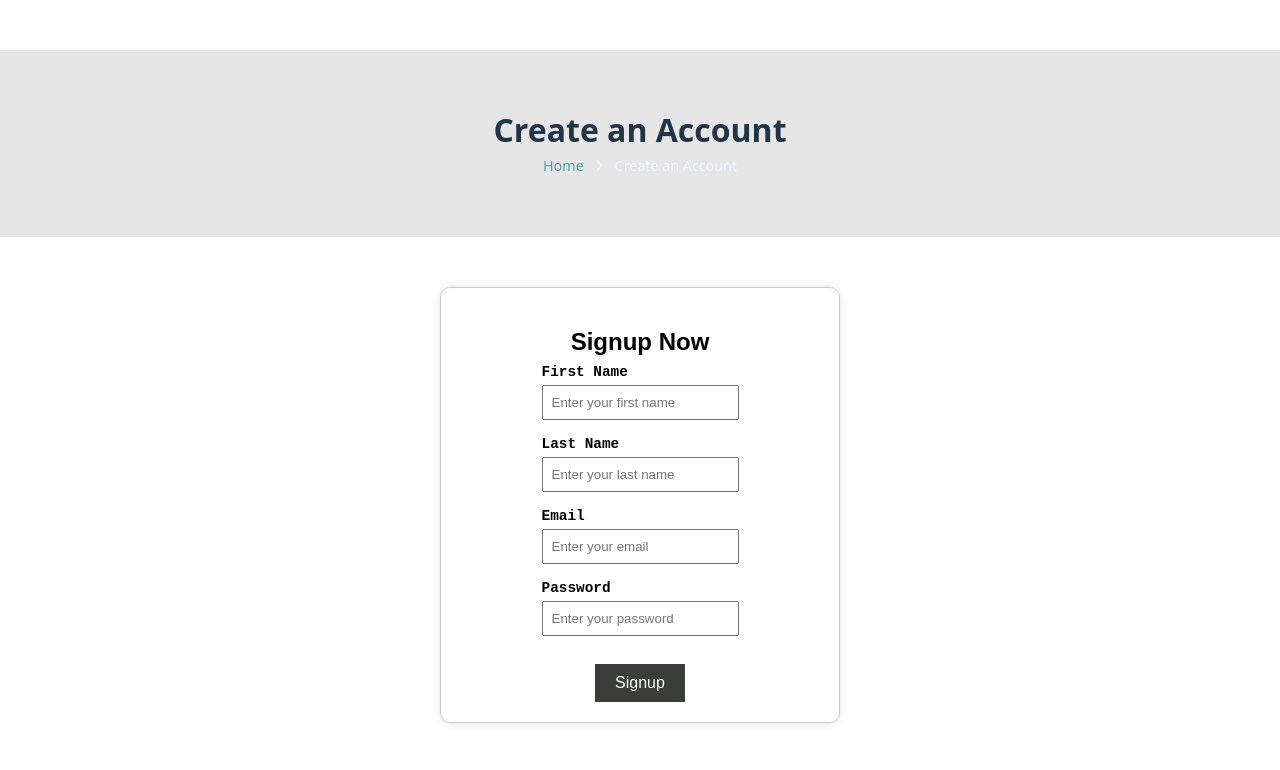
Repository: jkvekariya/Online-store-Management
Page: /auth/signup (app in frontend/client/)
The author's editor kept a copy of each file at every save. The page is drawn from the files as they stood at one save, then again after the next save.
The browser window is 1280 px wide. The pictures show the whole page.
The project was rebuilt for these pictures with package versions that can differ from the ones it lists, and the page was loaded fresh each time. Also part of the build but not shown: frontend/client/vite.config.js, frontend/client/src/css/header.css, frontend/client/src/css/sidebar.css, frontend/client/src/components/Sidebar.jsx, frontend/client/src/context/CartContext.jsx, frontend/client/src/components/Header.jsx, frontend/client/src/css/footer.css, frontend/client/src/components/Footer.jsx and 11 more.

Above is the page before, as saved 2026-01-02 13:43:26.

### frontend/client/index.html
<!doctype html>
<html lang="en">
  <head>
    <meta charset="UTF-8" />
    <link rel="icon" type="image/svg+xml" href="/vite.svg" />
    <meta name="viewport" content="width=device-width, initial-scale=1.0" />
    <title>Online Store Management System</title>
  </head>
  <body>
    <div id="root"></div>
    <script type="module" src="/src/main.jsx"></script>
  </body>
</html>

### frontend/client/src/main.jsx
import React from 'react'
import ReactDOM from 'react-dom/client'
import { BrowserRouter } from 'react-router-dom'
import App from './App.jsx'
import './index.css'

ReactDOM.createRoot(document.getElementById('root')).render(
  <React.StrictMode>
    <BrowserRouter>
      <App />
    </BrowserRouter>
  </React.StrictMode>,
)

### frontend/client/src/App.jsx
import { Routes, Route } from "react-router-dom";

import AuthLayout from "./layout/AuthLayout";
import UserLayout from "./layout/UserLayout";
import AdminLayout from "./layout/AdminLayout";

import Login from "./pages/auth/Login";
import Signup from "./pages/auth/Signup";
import Home from "./pages/user/Home";
import Dashboard from "./pages/admin/Dashboard";
import Contact from "./pages/user/Contact";
import About from "./pages/user/About";
import Services from "./pages/user/Services";
import Shop from "./pages/user/Shop";

function App() {
  return (
    <Routes>

      {/* AUTH ROUTES */}
      <Route path="/auth" element={<AuthLayout />}>
        <Route path="login" element={<Login />} />
        <Route path="signup" element={<Signup />} />
      </Route>

      {/* USER ROUTES */}
      <Route path="/" element={<UserLayout />}>
        <Route index element={<Home />} />
        <Route path="pages/user/contact" element={<Contact />} />
        <Route path="pages/user/about" element={<About />} />
        <Route path="pages/user/services" element={<Services />} />
        <Route path="pages/user/shop" element={<Shop />} />
      </Route>

      {/* ADMIN ROUTES */}
      <Route path="/admin" element={<AdminLayout />}>
        <Route path="dashboard" element={<Dashboard />} />
      </Route>

    </Routes>
  );
}

export default App;

### frontend/client/src/index.css
* {
  margin: 0;
  padding: 0;
  box-sizing: border-box;
}

#root {
  min-height: 100vh;
}

### frontend/client/src/layout/AuthLayout.jsx
import { Outlet } from "react-router-dom";

const AuthLayout = () => {
  return (
    <div>
      {/* <h2>Auth Section</h2> */}
      <Outlet />
    </div>
  );
};

export default AuthLayout;

### frontend/client/src/pages/auth/Signup.jsx
import React, { useState } from 'react'
import "../../css/signup.css"
import Bodyheader from '../../components/BodyHeader';

const Signup = () => {

    const [email,setEMail] = useState("");
    const [password,setPassword] = useState("");
    const [firstName,setFirstName] = useState("");
    const [lastName,setLastName] = useState("");

  return (
    <>
    <Bodyheader title="Create an Account" />
    <div className='main-container'>
      <h2>Signup Now</h2>
      <div className='first-name-box'>
            <label htmlFor="text">First Name</label>
            <input type="text"
            id="first-name"
            value={firstName}
            onChange={(e) => setFirstName(e.target.value)}
            placeholder='Enter your first name'
            />
        </div>
        <div className='last-name-box'>
            <label htmlFor="text">Last Name</label>
            <input type="text"
            id="last-name"
            value={lastName}
            onChange={(e) => setLastName(e.target.value)}
            placeholder='Enter your last name'
            />
        </div>
        <div className='email-box'>
            <label htmlFor="email">Email</label>
            <input type="email"
            id="email"
            value={email}
            onChange={(e) => setEMail(e.target.value)}
            placeholder='Enter your email'
            />
        </div>
        <div className='password-box'>
            <label htmlFor="password">Password</label>
            <input type="password"
            id="password"
            value={password}
            onChange={(e) => setPassword(e.target.value)}
            placeholder='Enter your password'
            />
        </div>
      <div className='btn'>
            <button onClick={() => {}}>Signup</button>
      </div>
    </div>
    </>
  )
}

export default Signup

### frontend/client/src/css/login.css
.main-container{
    width: 400px;
    margin: auto;
    border: 1px solid #ccc;
    padding: 20px;
    border-radius: 10px;
    box-shadow: 0 0 10px rgba(0, 0, 0, 0.1);
    margin-top: 50px;
    font-family: Arial, sans-serif;
    display: flex;
    justify-content: center;
    align-items: center;
    flex-direction: column;
}

label{
    font-size: 0.9rem;
    display: block;
    font-family: 'Courier New', Courier, monospace;
    font-weight: 700;
    /* margin-bottom: 5px; */
}

.main-container .email-box,.password-box{
 margin: 0.5rem 0;
}

input{
    padding: 8px;
    width: 100%;
    margin-top: 5px;
}

.main-container h2{
    text-align: center;
    margin-top: 20px;
}

.btn{
    width: 100%;
    text-align: center;
}

button{
    margin-top: 20px;
    padding: 10px 20px;
    font-size: 16px;
    cursor: pointer;
    background-color: #3a3d3a;
    color: white;
    border: none;
}

### frontend/client/src/css/signup.css
.main-container{
    width: 400px;
    /* margin: auto; */
    border: 1px solid #ccc;
    padding: 20px;
    border-radius: 10px;
    box-shadow: 0 0 10px rgba(0, 0, 0, 0.1);
    margin-top: 50px;
    font-family: Arial, sans-serif;
    display: flex;
    justify-content: center;
    align-items: center;
    flex-direction: column;
}

label{
    font-size: 0.9rem;
    display: block;
    font-family: 'Courier New', Courier, monospace;
    font-weight: 700;
    /* margin-bottom: 5px; */
}

.main-container .email-box,.password-box,.first-name-box,.last-name-box{
 margin: 0.5rem 0;
}

input{
    padding: 8px;
    width: 100%;
    margin-top: 5px;
}

.main-container h2{
    text-align: center;
    margin-top: 20px;
}

.btn{
    width: 100%;
    text-align: center;
}

button{
    margin-top: 20px;
    padding: 10px 20px;
    font-size: 16px;
    cursor: pointer;
    background-color: #3a3d3a;
    color: white;
    border: none;
}

### frontend/client/src/components/BodyHeader.jsx
import "../css/bodyheader.css"
import {Link} from 'react-router-dom'
import { MdKeyboardArrowRight } from "react-icons/md";

const Bodyheader = ({title}) => {
  return (
    <>
        <div className="b-header-bg">
            <div className="page-title">
                <h2>{title}</h2>
                <div className="ul-links">
                <ul>
                    <li id="home-link">
                        <Link to='/Home'>Home</Link>
                    </li>
                       <li><MdKeyboardArrowRight/></li>
                    <li>
                        <Link to=''>{title}</Link>
                    </li>
                </ul>
                </div>
            </div>
        </div>
    </>
  )
}

export default Bodyheader;

### frontend/client/src/css/bodyheader.css
* {
    padding: 0;
    margin: 0;
    box-sizing: border-box;
  }

:root {
    --background-color: #E6E6E6;
    --header-text-color: #213448;
    --home-link-color: #4B9DA9;
    --title-color: #212447;
}

  .b-header-bg {
    margin-top: 50px;
    height: 26vh;
    width: 100vw;
    /* background-color: aqua; */
    background: var(--background-color);
    /* background-blend-mode: darken; */
    /* background-size: cover; */
    /* background-repeat: no-repeat; */
    /* background-position: center; */
    /* background-position-y: 56%; */
    display: flex;
    justify-content: center;
    align-items: center;
  }

  .b-header-bg .page-title {
    height: 10rem;
    width: 20rem;
    display: grid;
    place-items: center;
    align-content: center;
  }

  .b-header-bg .page-title h2 {
    font-size: 2rem;
    color: var(--header-text-color);
    font-family: "Open Sans", sans-serif;
    font-weight: 700;
    font-style: normal;
    position: relative;
    z-index: 100;
  }

   .b-header-bg .page-title .ul-links ul{
    /* height: 4rem; */
    width: 10rem;
    display: flex;
    justify-content: center;
    align-items: center;
    gap:0;
  }

  .b-header-bg .page-title .ul-links ul #home-link a {
    color: var(--home-link-color);
  }


  .b-header-bg .page-title .ul-links ul li{
    /* height: 2rem; */
    display: flex;
    justify-content: center;
    align-items: center;
  }

  .b-header-bg .page-title .ul-links ul li svg{
      font-size: 1.3rem;
      color: aliceblue;
  }

  .b-header-bg .page-title .ul-links ul li a{
    width: max-content;
    text-decoration: none;
    padding: 5px;
    color: aliceblue;
    font-family: "Open Sans", sans-serif;
    font-weight: 400;
    font-size: 0.9rem;
    font-style: normal;
  }

  .b-header-bg .page-title .ul-links ul li a:hover{
      color: #dd2476;
  }

Loaded but not shown: frontend/client/src/css/header.css (no copy from this time; the picture is the same without it)

After the next save:
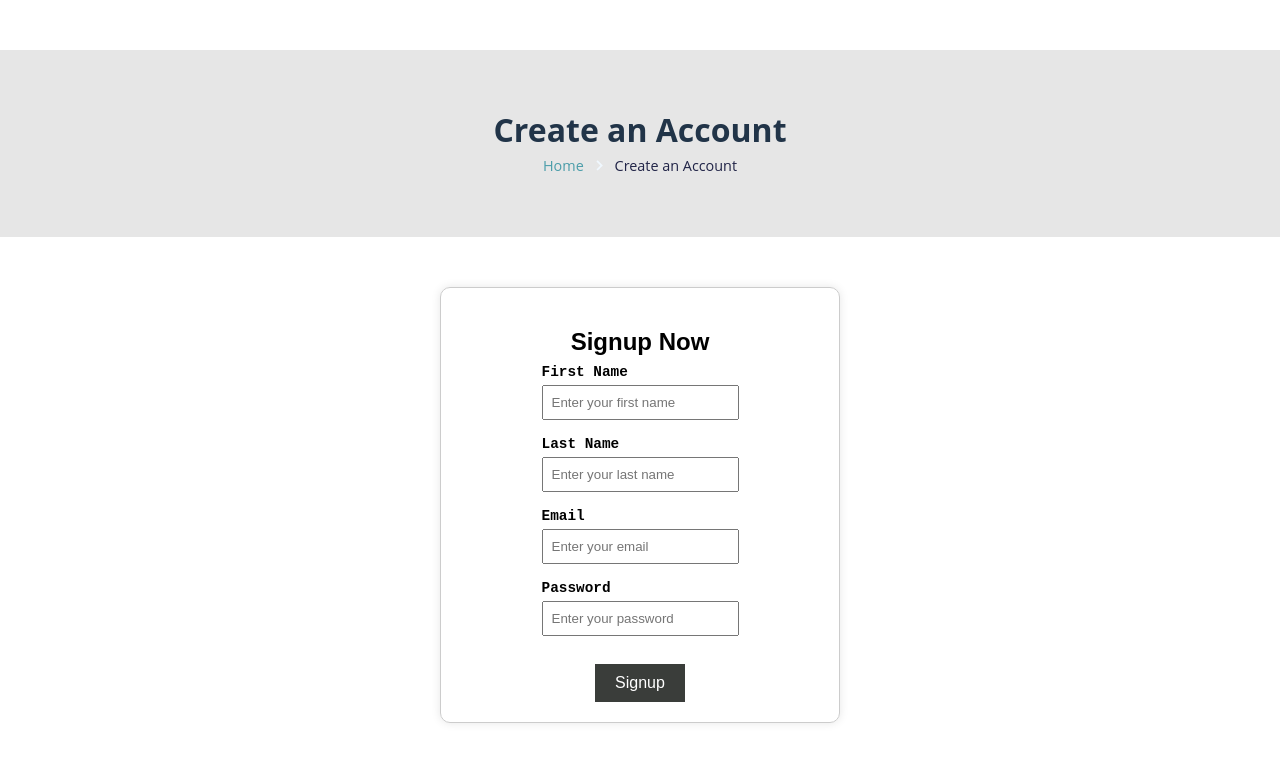
Saved 19 s later.
--- a/frontend/client/src/css/bodyheader.css
+++ b/frontend/client/src/css/bodyheader.css
@@ -75,7 +75,7 @@
     width: max-content;
     text-decoration: none;
     padding: 5px;
-    color: aliceblue;
+    color: var(--title-color);
     font-family: "Open Sans", sans-serif;
     font-weight: 400;
     font-size: 0.9rem;
